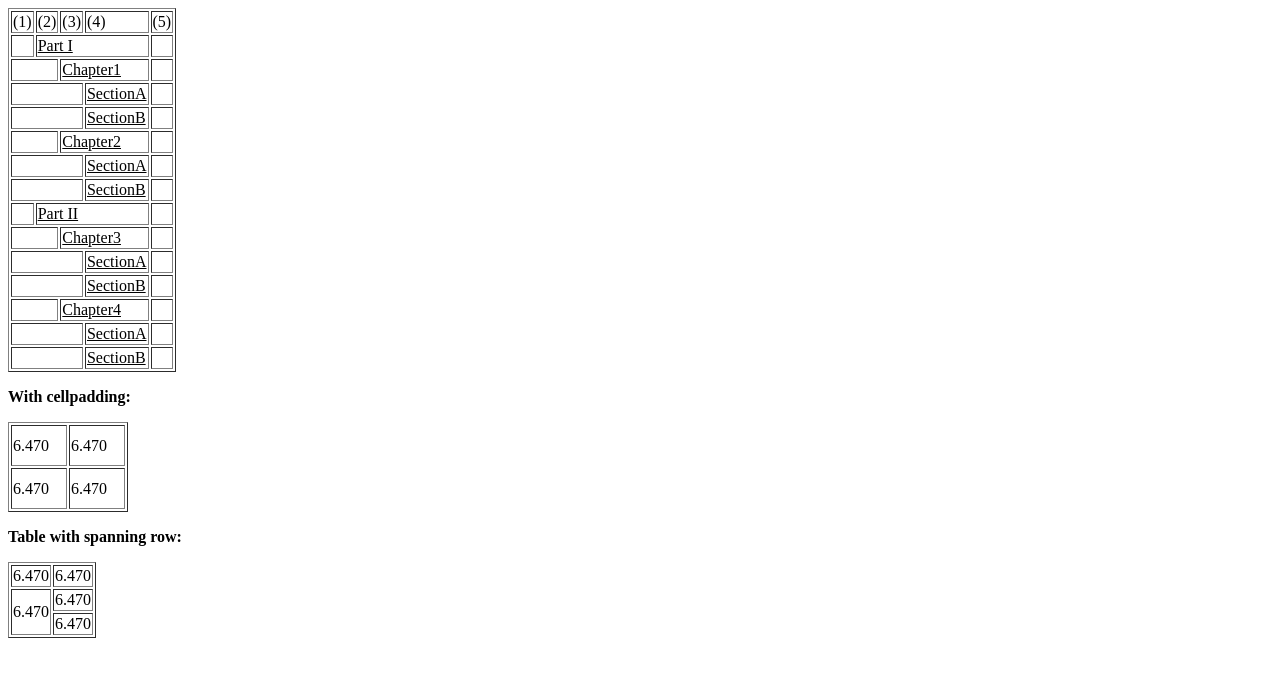
Repository: PhamChiXuan1/HTCNW_tuan3_DHCNTT16C_PhamChiXuan_20030131
Page: bt6b.html
An editor plug-in stored every save of this project. The page is shown before and after the next save, followed by the edit.
The browser window is 1280 px wide. The pictures show the whole page.

Above is the page before, as saved 2022-02-26 22:56:32.

After the next save:
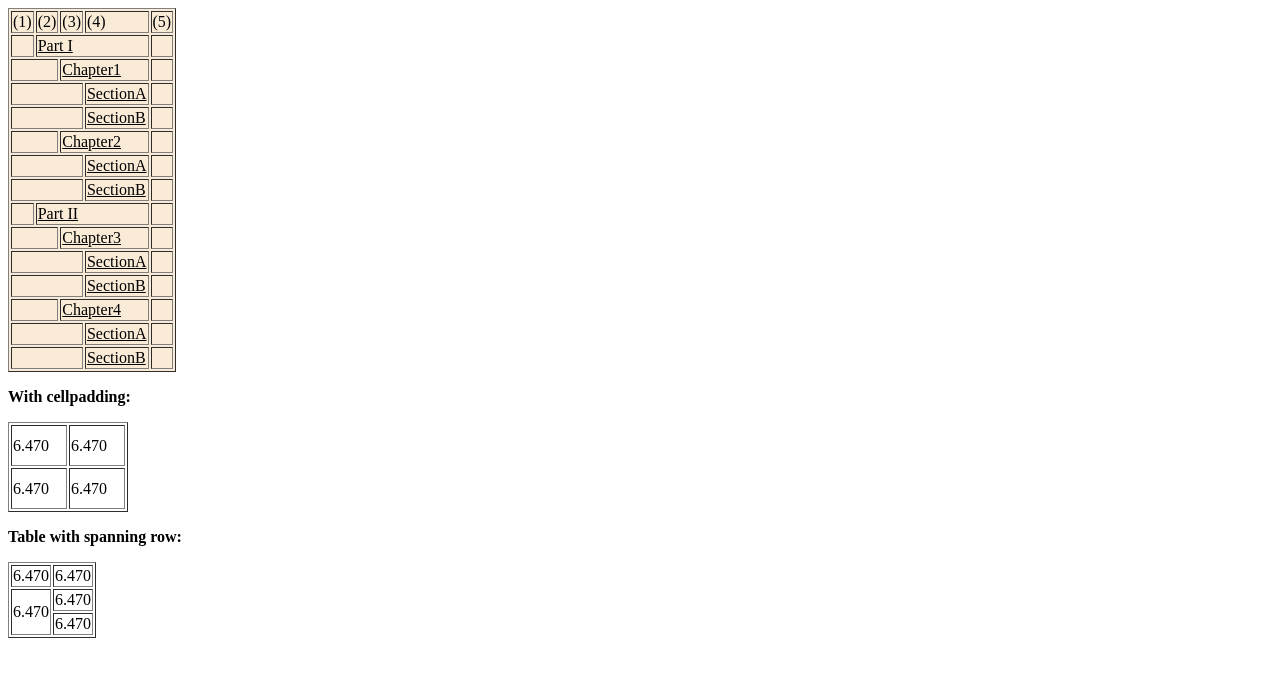
Saved 26 s later.
--- a/bt6b.html
+++ b/bt6b.html
@@ -7,7 +7,7 @@
     <title>Document</title>
 </head>
 <body>
-    <table border="1" width="50px" height="40">
+    <table border="1" width="50px" height="40" style="background-color: antiquewhite;">
         <tr>
             <td>(1)</td>
         <td>(2)</td>
